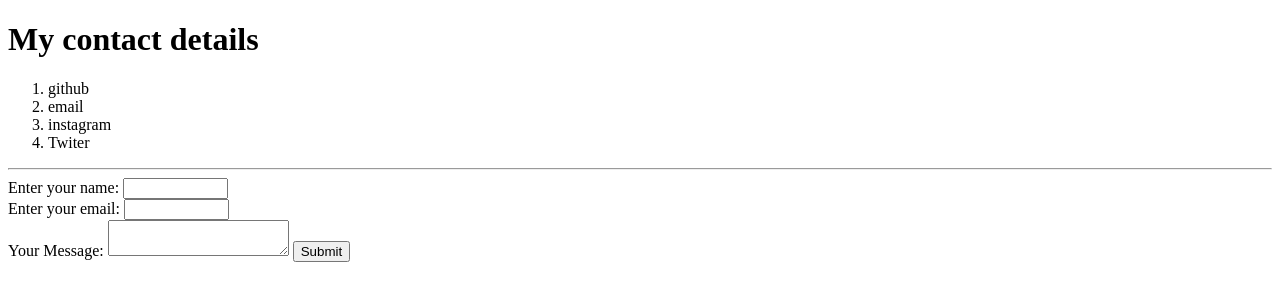
Repository: ew-code/Web-Development
Page: HTML - Personal Site/contact.html
These files come from the project's save history. The page is drawn as it stood at one moment and after a run of saves; the edit follows.
The browser window is 1280 px wide. The pictures show the whole page.

Above is the page before, as saved 2021-01-04 23:57:05.

After the next 2 saves:
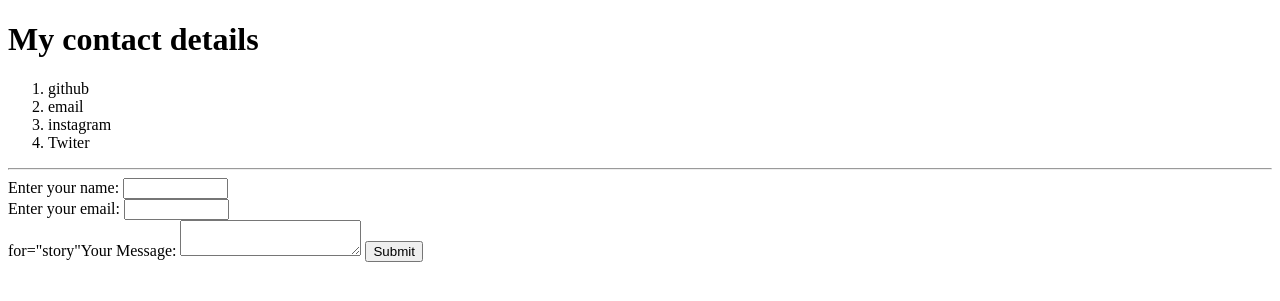
The 2 saves are shown as one change because they came seconds apart.
The last was saved 51 s later.
--- a/HTML - Personal Site/contact.html
+++ b/HTML - Personal Site/contact.html
@@ -22,7 +22,7 @@
     <input type="text" name="name" id="name" minlength="4" maxlength="50" size="10"><br>
     <label for="email">Enter your email:</label>
     <input type="email" name="email" id="email" minlength="4" maxlength="50" size="10"><br>
-    <label>Your Message:</label>
+    <label> for="story"Your Message:</label>
     <textarea></textarea>
     <input type="submit">
   </form>
